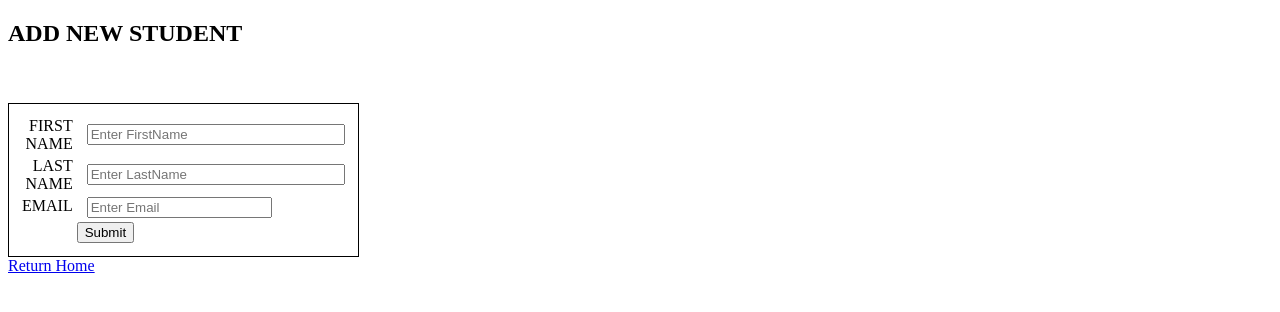
Repository: Catalyst-OTU/Java_Works
Page: http://localhost/Student-MVC/addStudent-form.jsp
An editor plug-in stored every save of this project. The page is shown before and after the next save, followed by the edit.
The browser window is 1280 px wide. The pictures show the whole page.
The page is served by Tomcat 9.

Above is the page before, as saved 2021-02-02 17:58:06.

After the next save:
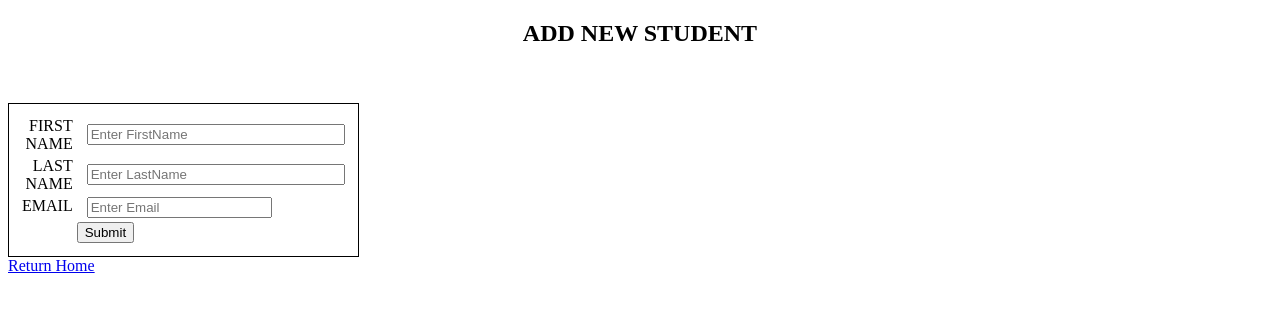
Saved 81 s later.
--- a/Student-MVC/WebContent/addStudent-form.jsp
+++ b/Student-MVC/WebContent/addStudent-form.jsp
@@ -19,6 +19,7 @@ width: 250px;
 .control-form{
 	margin-left: 10px;
 }
+h2{text-align: center;}
 </style>
 
 <meta charset="ISO-8859-1">
